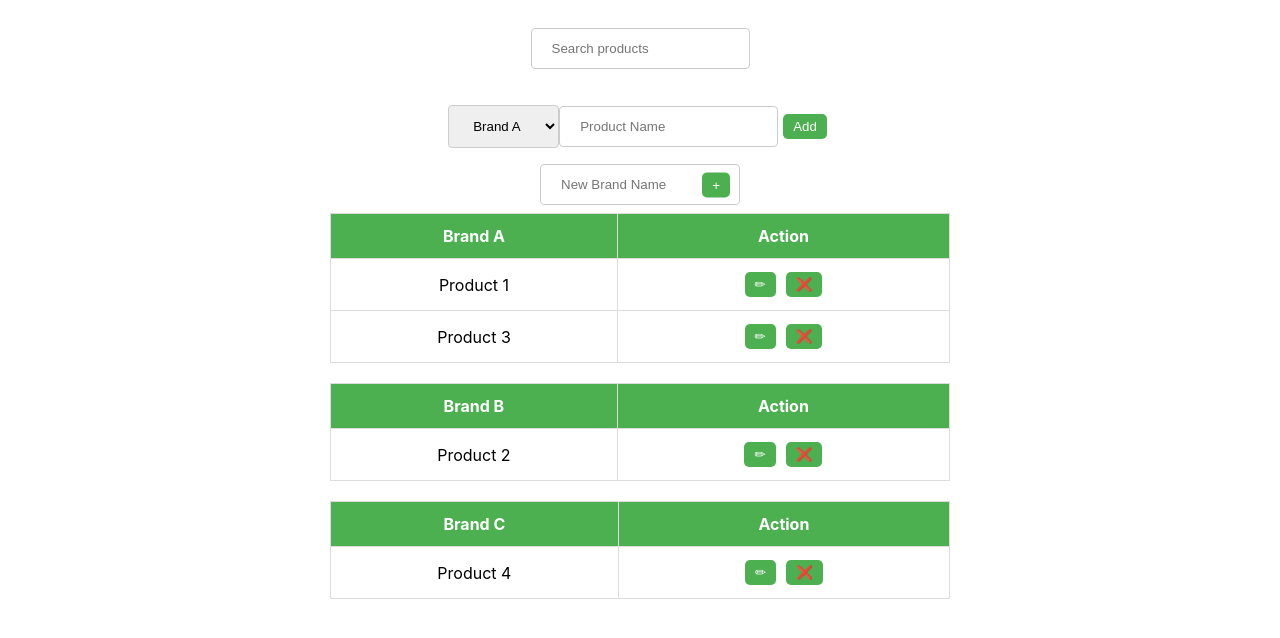
Repository: sunilkc-7/product-manager-app
Page: /
An editor plug-in stored every save of this project. The page is shown before and after the next save, followed by the edit.
The browser window is 1280 px wide. The pictures show the whole page.
The project was rebuilt for these pictures with package versions that can differ from the ones it lists, and the page was loaded fresh each time.

Above is the page before, as saved 2023-08-01 12:54:47.

After the next save:
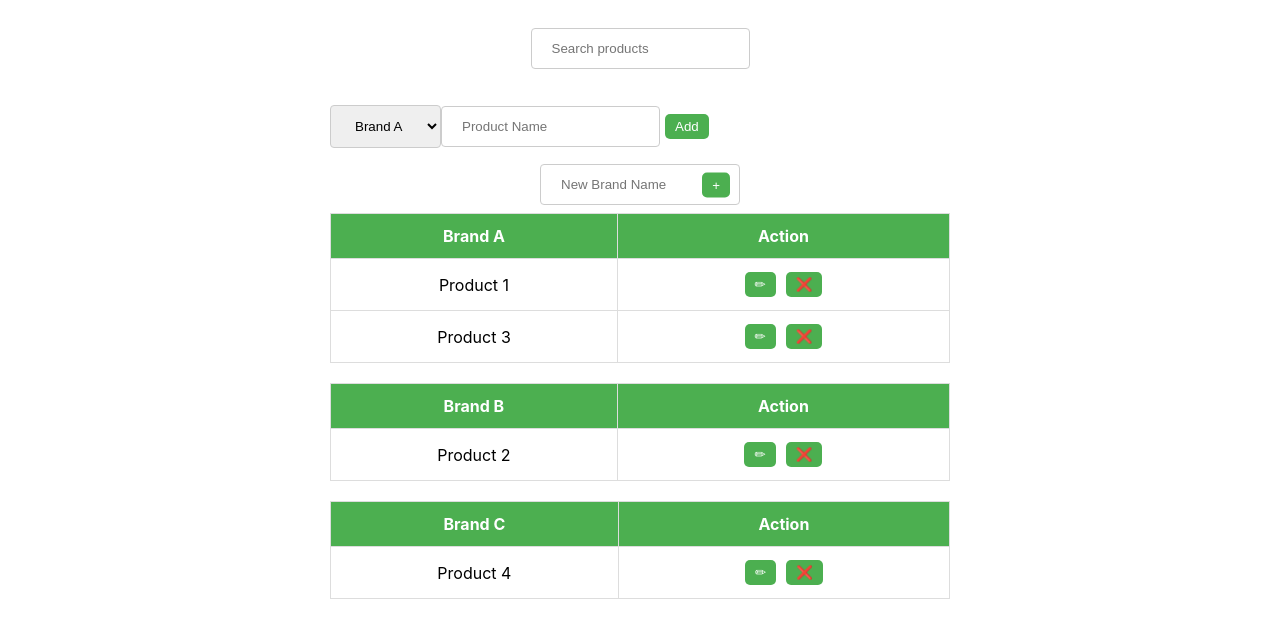
Saved 115 s later.
--- a/src/App.js
+++ b/src/App.js
@@ -68,7 +68,7 @@
       />
       <br />
 
-      <div>
+      <div className="select-container">
         <select
           style={{ maxHeight: "100px", overflow: "auto" }}
           onChange={(e) => setCurrentBrand(e.target.value)}
--- a/src/App.css
+++ b/src/App.css
@@ -72,3 +72,7 @@
   cursor: pointer;
   margin: auto !important;
 }
+
+.select-container {
+  width: 50%;
+}
